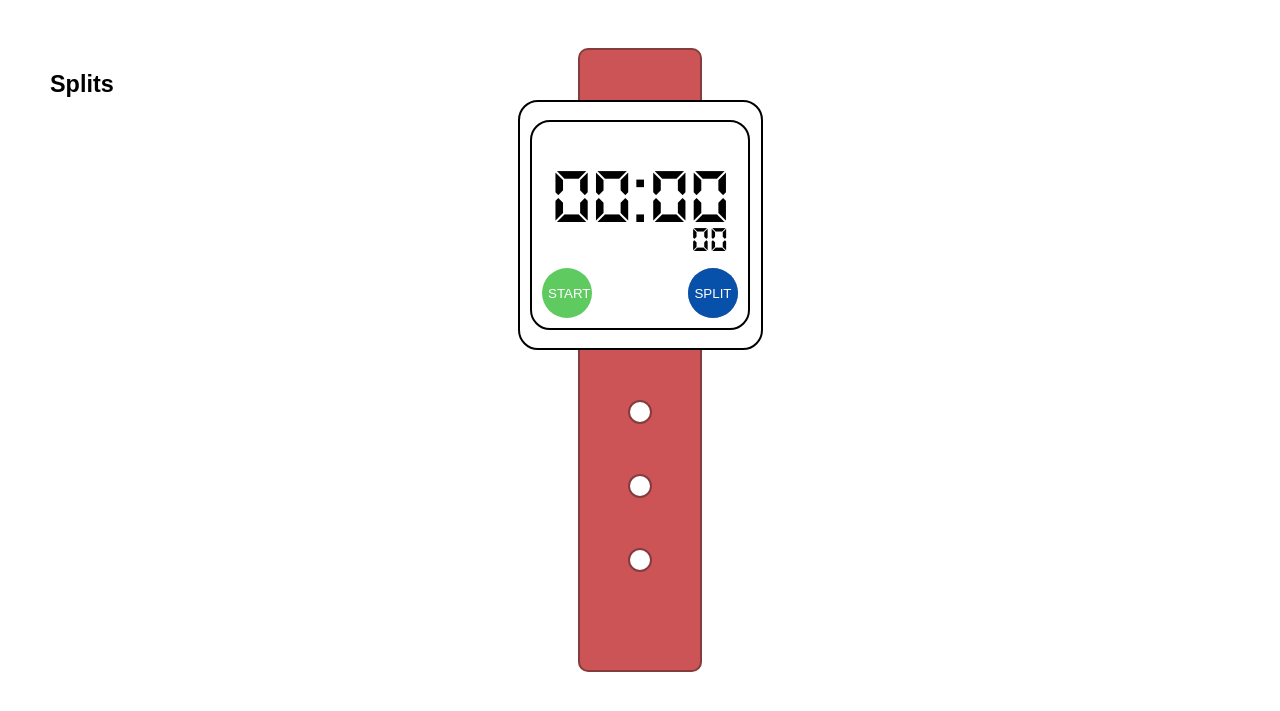
Repository: konstantin0s/lab-chronometer
Page: index.html
These files come from the project's save history. The page is drawn as it stood at one moment and after the next save; the edit follows.
The browser window is 1280 px wide. The pictures show the whole page.

Above is the page before, as saved 2019-02-05 14:44:10.

After the next save:
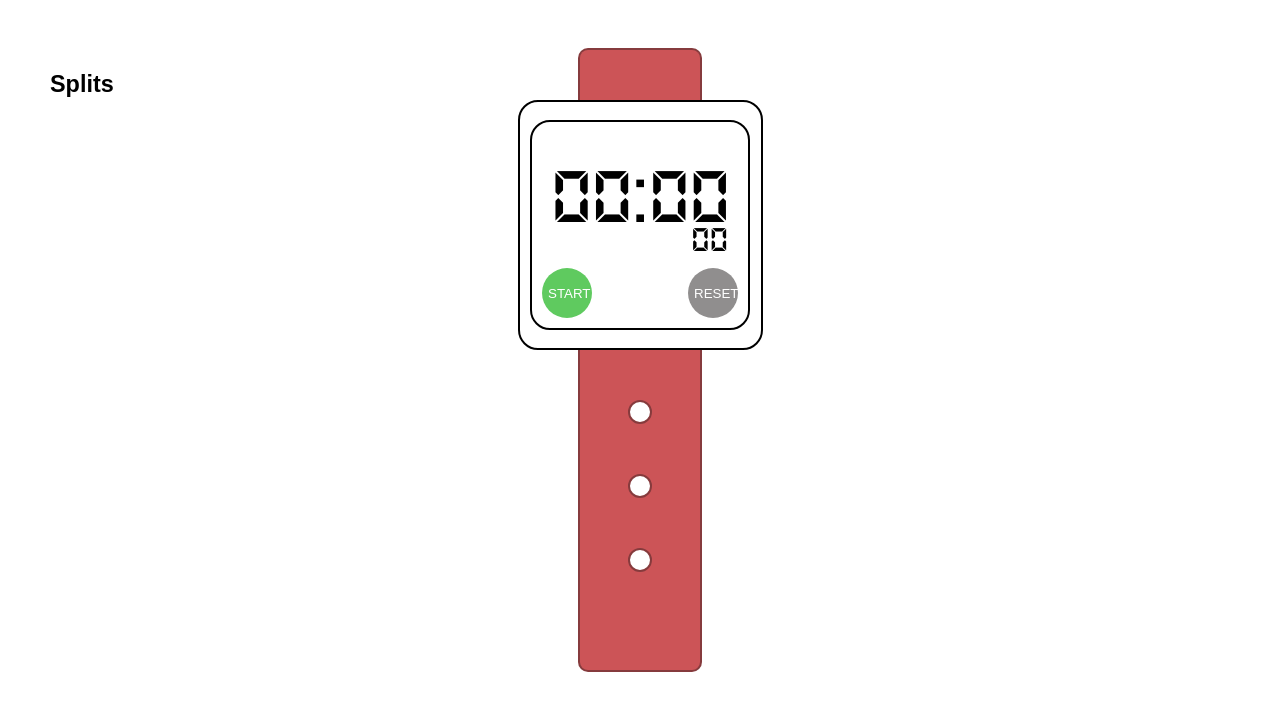
Saved 76 s later.
--- a/index.html
+++ b/index.html
@@ -25,7 +25,7 @@
         <span id="milDec">0</span><span id="milUni">0</span>
       </div>
 
-      <button id="btnLeft" class="btn start">START</button> <button id="btnRight" class="btn reset">RESET</button> <button id="btnSplit" class="btn split">SPLIT</button>
+      <button id="btnLeft" class="btn start">START</button> <button id="btnRight" class="btn reset">RESET</button>
     </div>
   </section>
 
